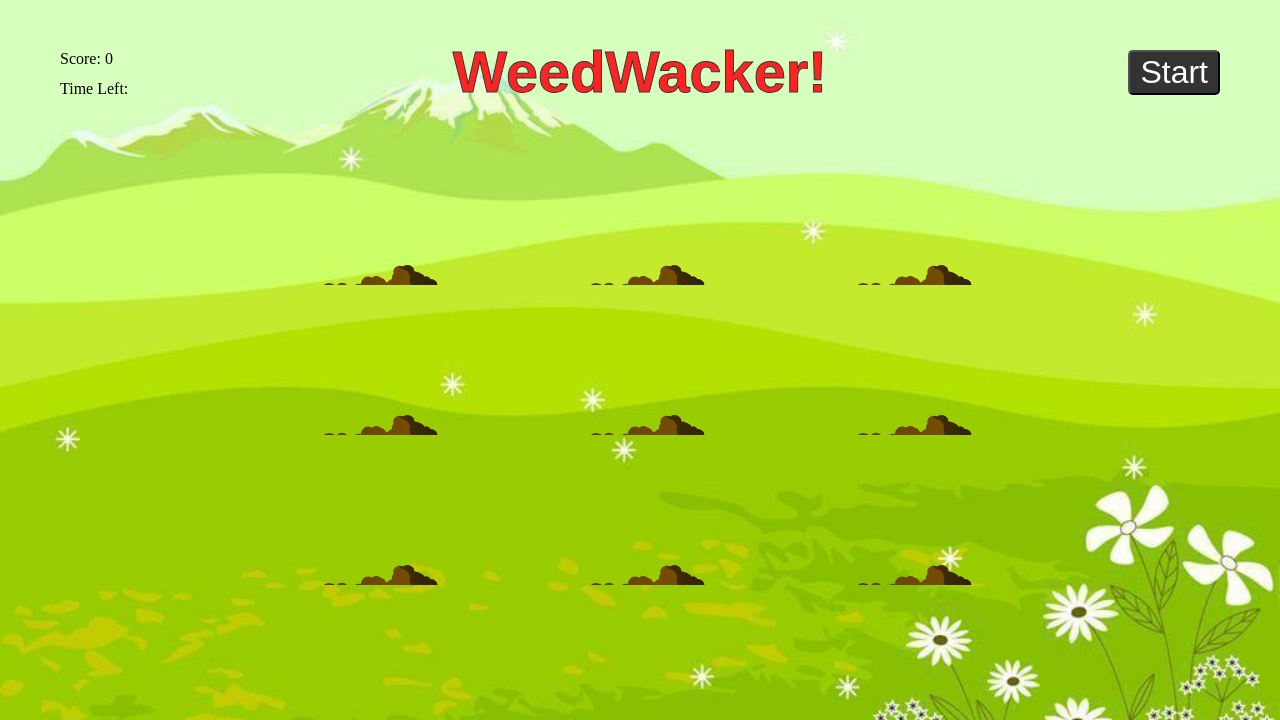
Repository: AustinW24/weedwacker
Page: index.html
An editor plug-in stored every save of this project. The page is shown before and after the next save, followed by the edit.
The browser window is 1280 px wide. The pictures show the whole page.
Some web fonts or font styles are not loaded; a fallback is used.

Above is the page before, as saved 2022-02-11 09:50:26.

After the next save:
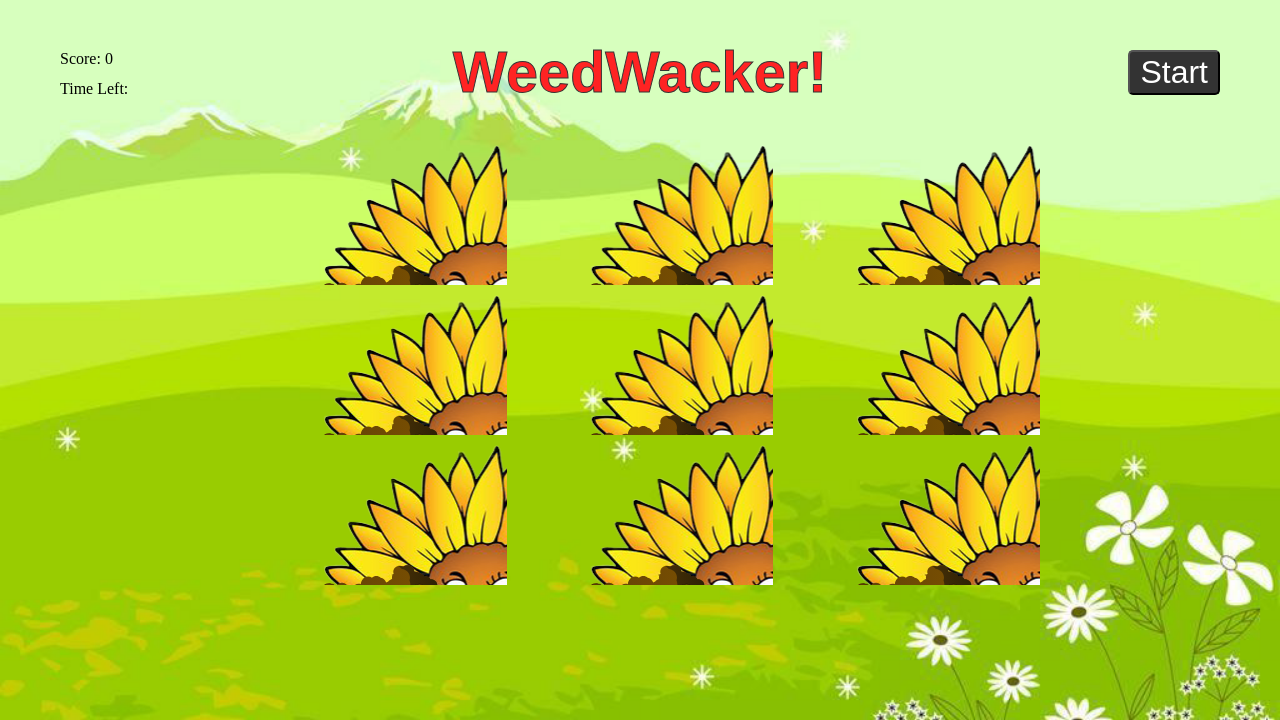
Saved 27 s later.
--- a/style.css
+++ b/style.css
@@ -48,7 +48,7 @@
     top: 100%;
     height: 100%;
     width: 100%;
-    display: none;
+
     background: url("/assets/happyflower.png")
 }
 

After the save that followed:
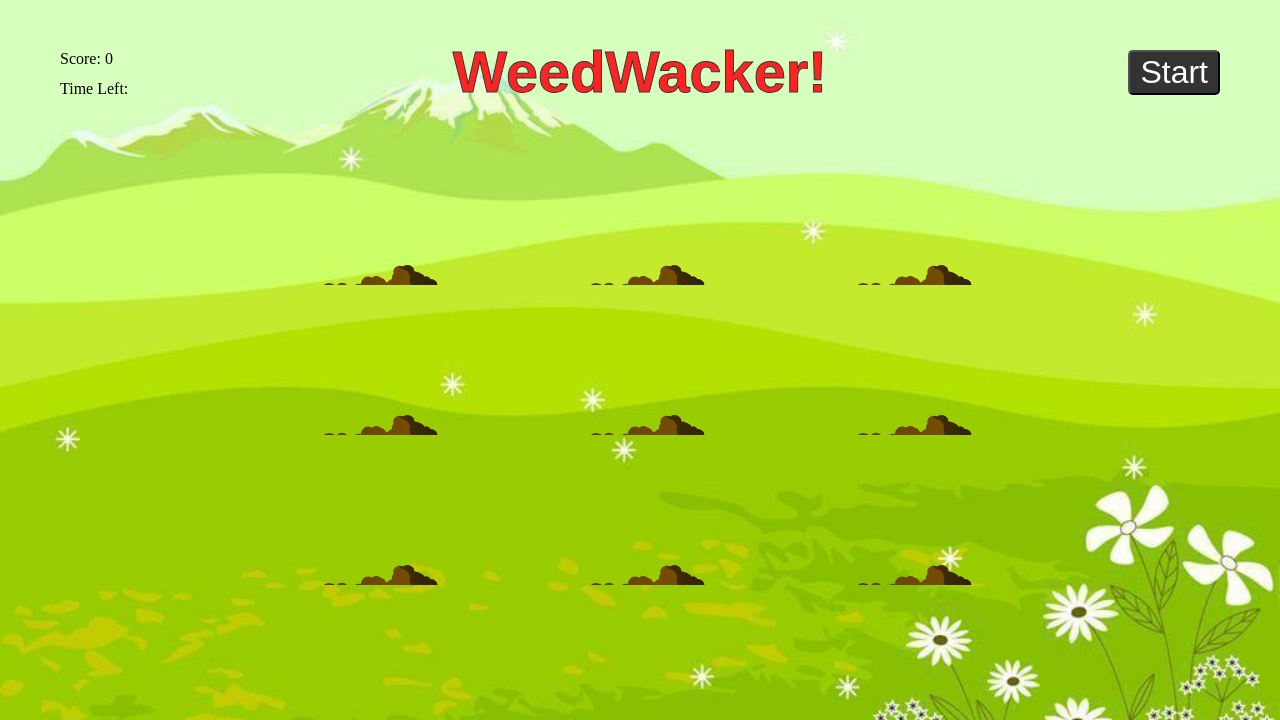
Saved 4 s later.
--- a/style.css
+++ b/style.css
@@ -48,7 +48,7 @@
     top: 100%;
     height: 100%;
     width: 100%;
-
+    display: none;
     background: url("/assets/happyflower.png")
 }
 
